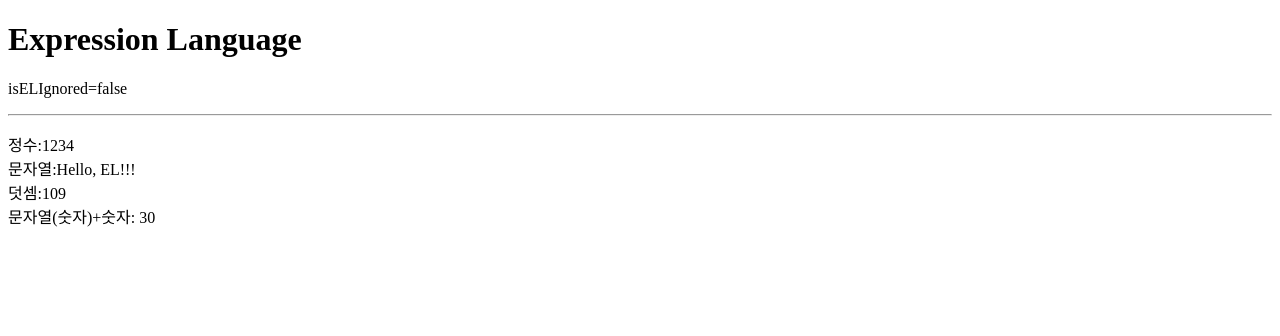
Repository: jsb5589/JAVAStudy
Page: http://localhost/JSP04/elTest5.jsp
An editor plug-in stored every save of this project. The page is shown before and after the next save, followed by the edit.
The browser window is 1280 px wide. The pictures show the whole page.
The page is served by Tomcat 9. Other server files are loaded and not shown.

Above is the page before, as saved 2021-08-12 06:01:18.

### EZWebs/JSP04/src/main/webapp/elTest5.jsp
<%@ page language="java" contentType="text/html; charset=UTF-8"
    pageEncoding="UTF-8"%>
<!DOCTYPE html>
<html>
<head>
<meta charset="UTF-8">
<title>Expression Language</title>
</head>
<body>
	<h1>Expression Language</h1>
	<p>isELIgnored=false</p>
	<hr>
	<p>
		정수:${1234} <br>
		문자열:${"Hello, EL!!!"} <br>
		덧셈:${10+99} <br>
		문자열(숫자)+숫자: ${"10" + 20 }
</body>
</html>

After the next save:
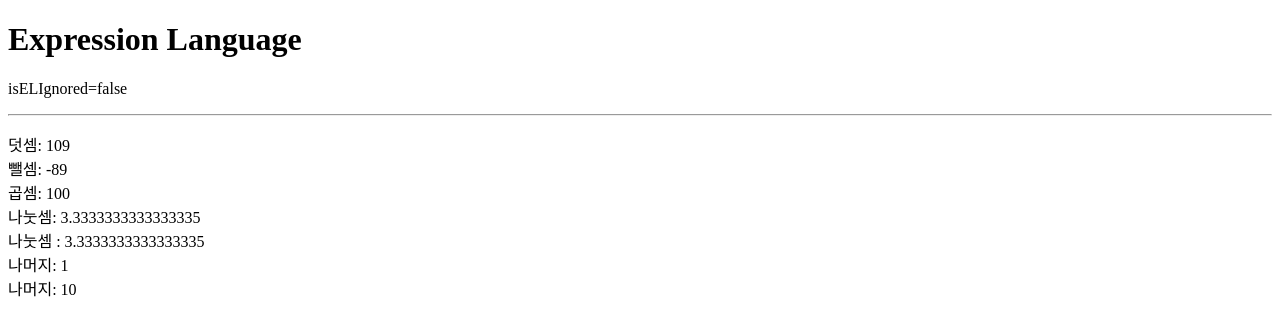
Saved 21 min 38 s later.
--- a/EZWebs/JSP04/src/main/webapp/elTest5.jsp
+++ b/EZWebs/JSP04/src/main/webapp/elTest5.jsp
@@ -11,9 +11,12 @@
 	<p>isELIgnored=false</p>
 	<hr>
 	<p>
-		정수:${1234} <br>
-		문자열:${"Hello, EL!!!"} <br>
-		덧셈:${10+99} <br>
-		문자열(숫자)+숫자: ${"10" + 20 }
+		덧셈: ${10+99} <br>
+		뺄셈: ${10-99} <br>
+		곱셈: ${10*10} <br>
+		나눗셈: ${10/3} <br>
+		나눗셈 : ${10 div 3} <br>
+		나머지: ${10 % 3} <br>
+		나머지: ${10 mod 99} <br>
 </body>
 </html>
